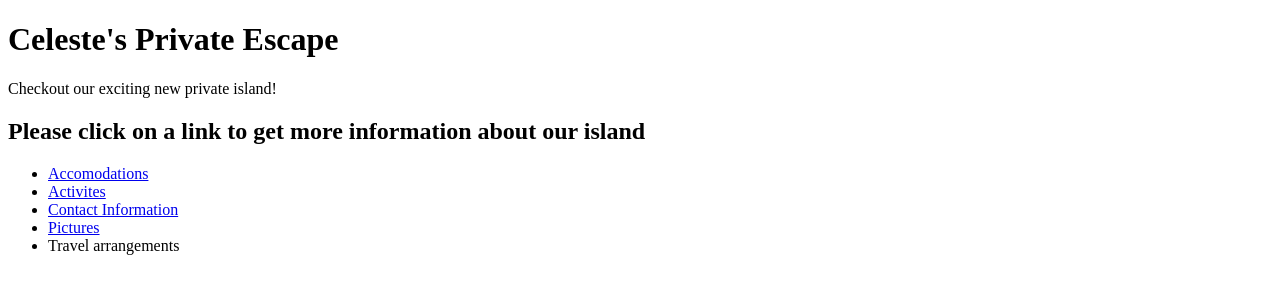
Repository: fieldceleste/island-resort
Page: island-resort.html
These files come from the project's save history. The page is drawn as it stood at one moment and after the next save; the edit follows.
The browser window is 1280 px wide. The pictures show the whole page.

Above is the page before, as saved 2019-10-27 16:29:28.

### island-resort.html
<!DOCTYPE html>
<html>
<body>
 <title>Celeste's Paradise Island</title>
<h1>Celeste's Private Escape</h1>

<p>Checkout our exciting new private island!</p>

<h2>Please click on a link to get more information about our island</h2>
<p>
<ul>
  <li><a href="file:///Users/apple/Desktop/island-resort/accomodations.html">Accomodations</a></li>
  <li><a href="file:///Users/apple/Desktop/island-resort/activites.html">Activites</a></li>
  <li><a href="file:///Users/apple/Desktop/island-resort/contact-information.html">Contact Information</a></li>
  <li><a href="file:///Users/apple/Desktop/island-resort/pictures.html">Pictures</a></li>
  <li>Travel arrangements</li>
</ul>

</p>
</body>
</html>

After the next save:
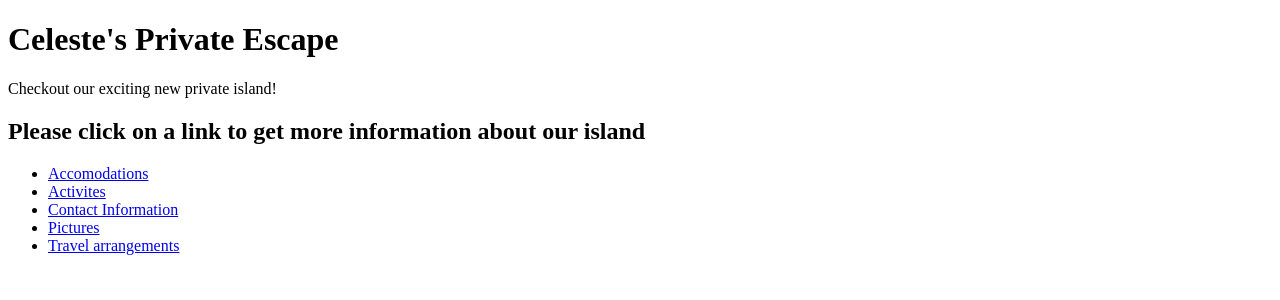
Saved 44 s later.
--- a/island-resort.html
+++ b/island-resort.html
@@ -13,7 +13,7 @@
   <li><a href="file:///Users/apple/Desktop/island-resort/activites.html">Activites</a></li>
   <li><a href="file:///Users/apple/Desktop/island-resort/contact-information.html">Contact Information</a></li>
   <li><a href="file:///Users/apple/Desktop/island-resort/pictures.html">Pictures</a></li>
-  <li>Travel arrangements</li>
+  <li><a href="file:///Users/apple/Desktop/island-resort/travel-arrangements.html">Travel arrangements</a></li>
 </ul>
 
 </p>
